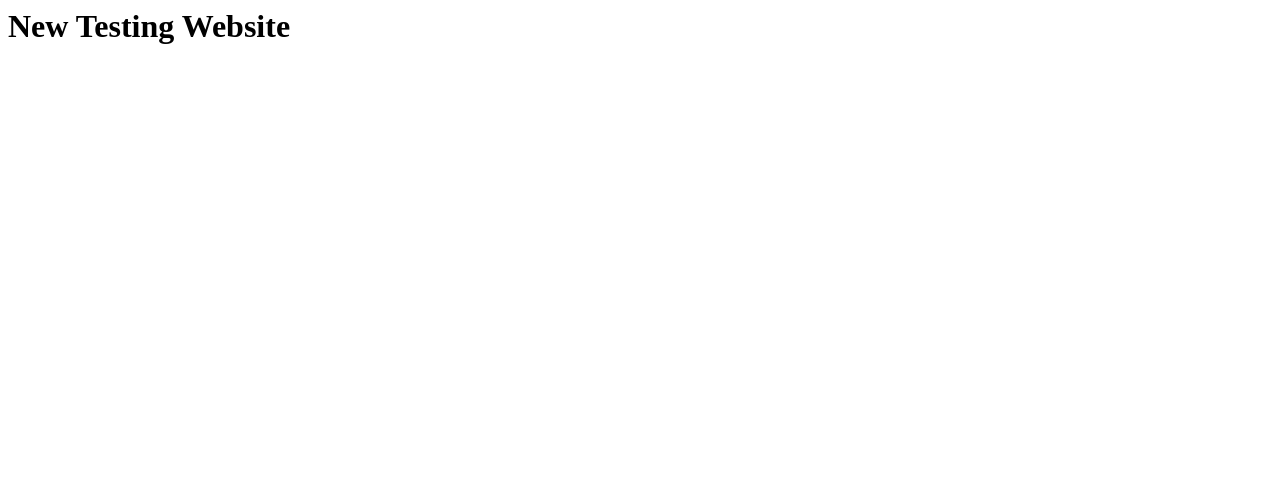
Repository: jai4321/stdCpan
Page: index.html
These files come from the project's save history. The page is drawn as it stood at one moment and after the next save; the edit follows.
The browser window is 1280 px wide. The pictures show the whole page.

Above is the page before, as saved 2023-06-09 11:11:12.

After the next save:
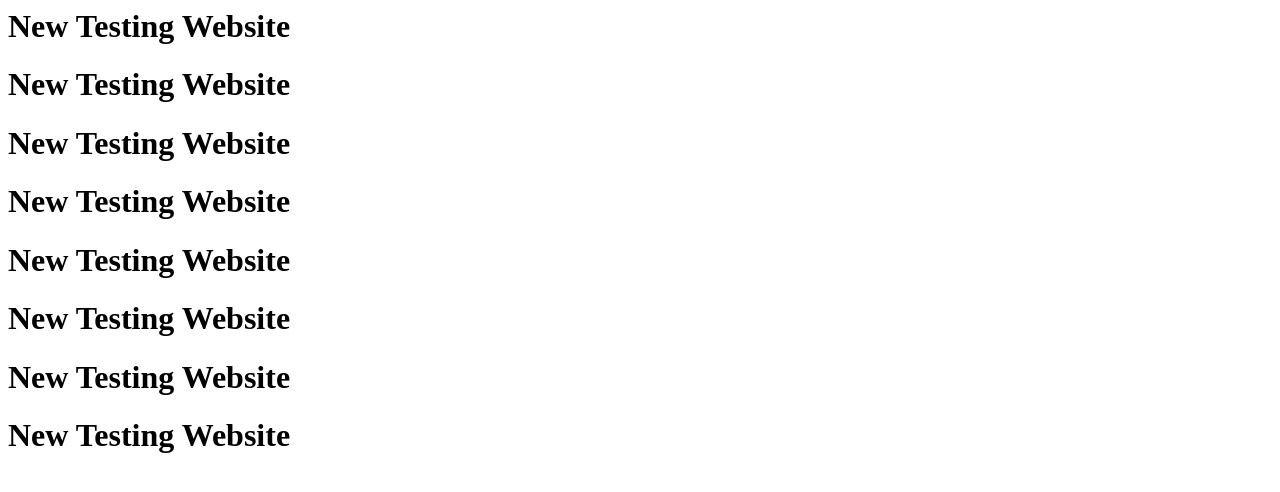
Saved 61 min 13 s later.
--- a/index.html
+++ b/index.html
@@ -7,5 +7,12 @@
 </head>
 <body>
     <h1>New Testing Website</h1>
+    <h1>New Testing Website</h1>
+    <h1>New Testing Website</h1>
+    <h1>New Testing Website</h1>
+    <h1>New Testing Website</h1>
+    <h1>New Testing Website</h1>
+    <h1>New Testing Website</h1>
+    <h1>New Testing Website</h1>
 </body>
 </html>
